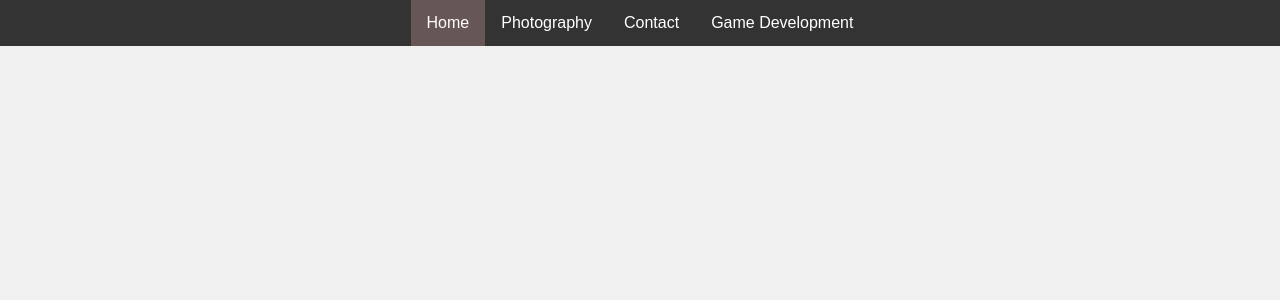
Repository: Argivist/ArgPortfolio
Page: blender/index.html
An editor plug-in stored every save of this project. The page is shown before and after the next save, followed by the edit.
The browser window is 1280 px wide. The pictures show the whole page.

Above is the page before, as saved 2025-03-28 15:59:09.

After the next save:
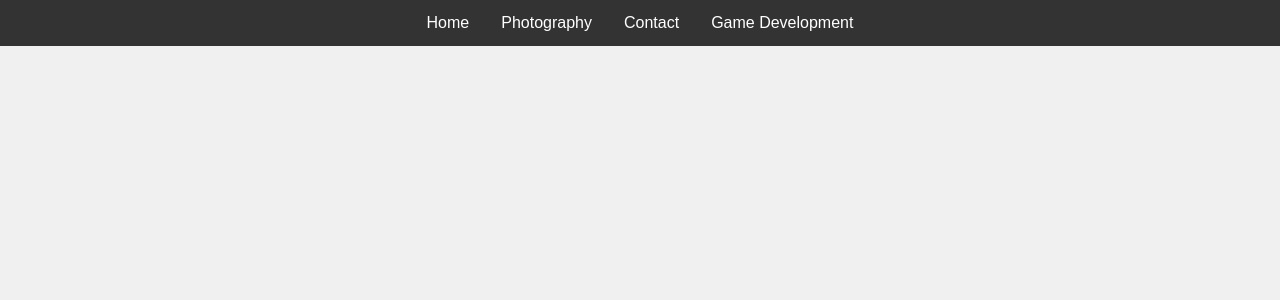
Saved 20 s later.
--- a/blender/index.html
+++ b/blender/index.html
@@ -22,7 +22,7 @@
 <body>
     <nav>
         <ul>
-            <li class="nav-content active"><a href="index.html">Home</a></li>
+            <li class="nav-content"><a href="index.html">Home</a></li>
             <li class="nav-content"><a href="https://www.instagram.com/theworldinoneseye/">Photography</a></li>
 
             <li class="dropdown nav-content">
@@ -39,7 +39,7 @@
                 <a href="#">Game Development</a>
                 <ul class="dropdown-content">
                     <li><a href="game/index.html">Game Development Projects</a></li>
-                    <li><a href="blender/index.html">Blender</a></li>
+                    <li class=" active"><a href="blender/index.html">Blender</a></li>
                 </ul>
             </li>
         </ul>
